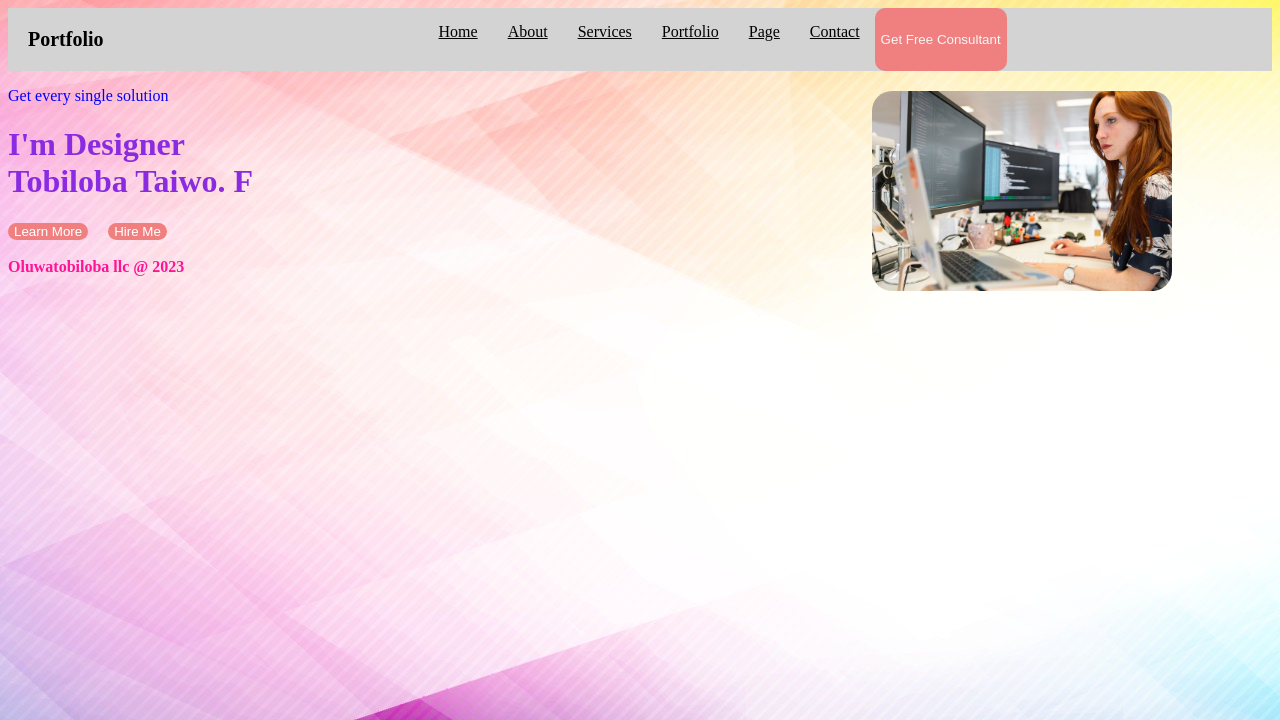
Repository: Tobby004/bdc_task_1
Page: index.html
An editor plug-in stored every save of this project. The page is shown before and after the next save, followed by the edit.
The browser window is 1280 px wide. The pictures show the whole page.

Above is the page before, as saved 2023-02-19 01:24:13.

After the next save:
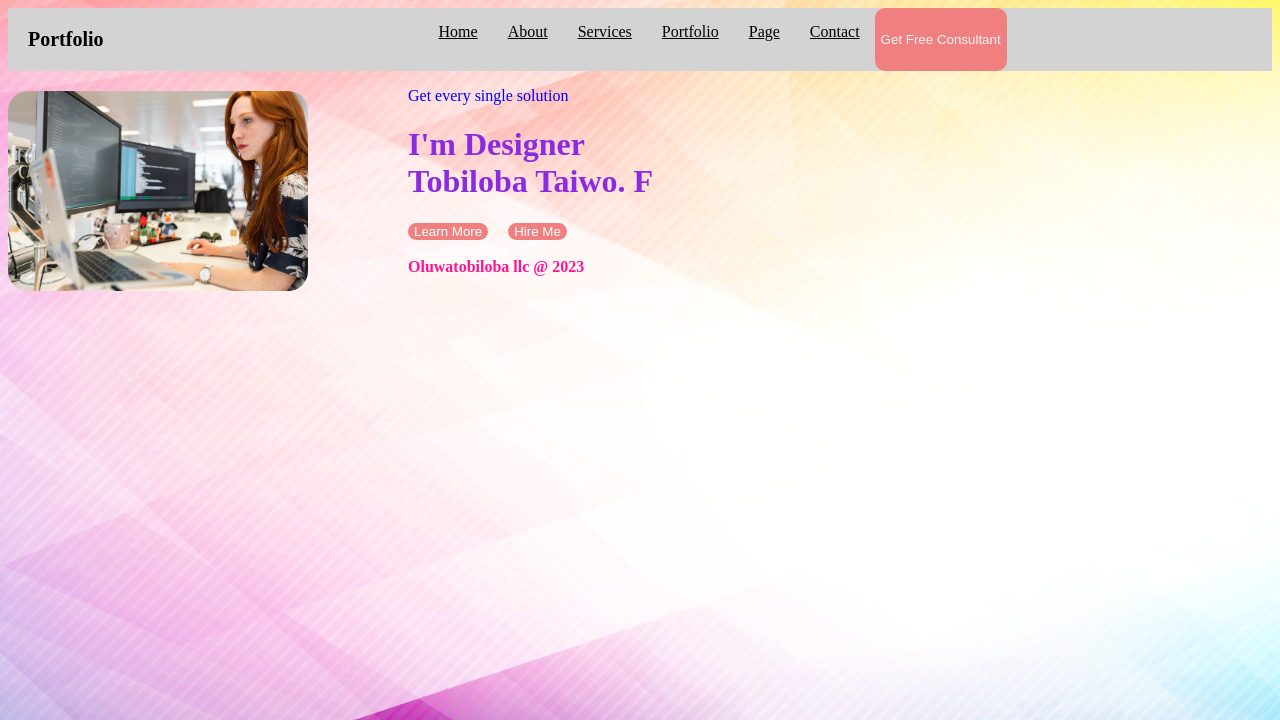
Saved 54 s later.
--- a/task.css
+++ b/task.css
@@ -21,7 +21,7 @@
 img {
     width: 300px;
     margin-top: 20px;
-    float: right;
+    float: inline-start;
     border-radius: 20px;
     margin-right: 100px;
 }

After the save that followed:
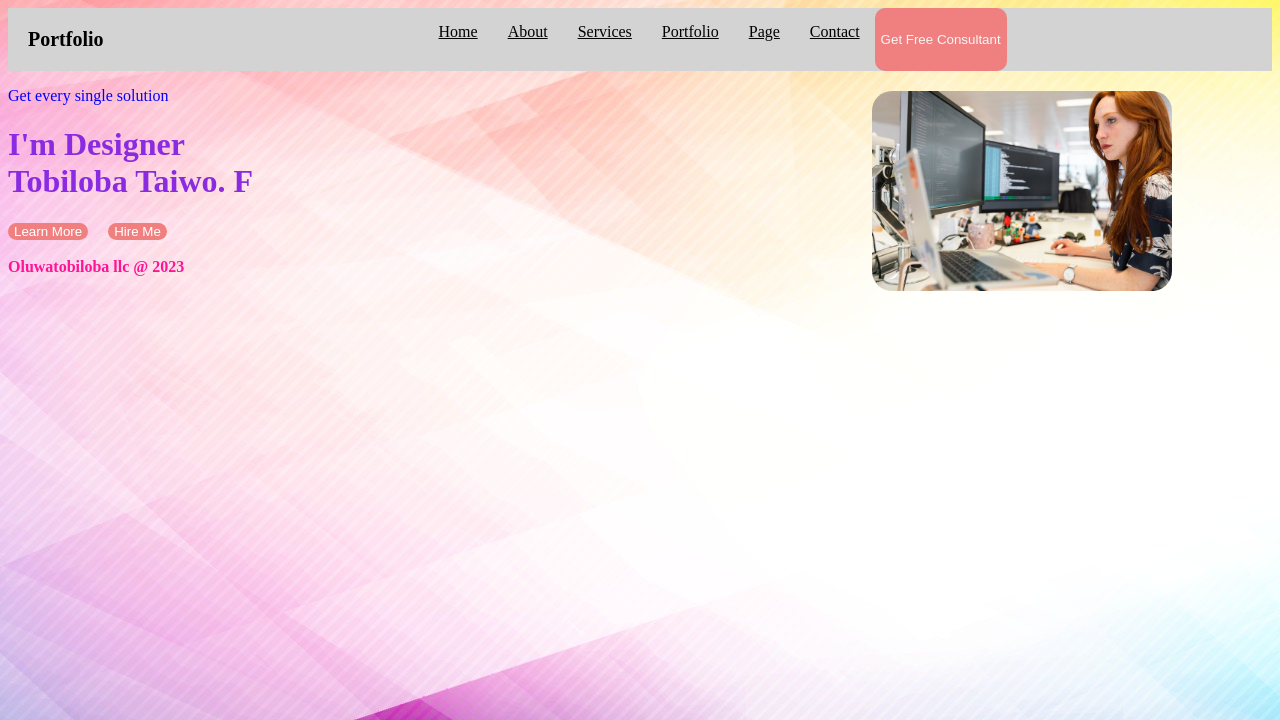
Saved 34 s later.
--- a/task.css
+++ b/task.css
@@ -21,7 +21,7 @@
 img {
     width: 300px;
     margin-top: 20px;
-    float: inline-start;
+    float:inline-end;
     border-radius: 20px;
     margin-right: 100px;
 }
